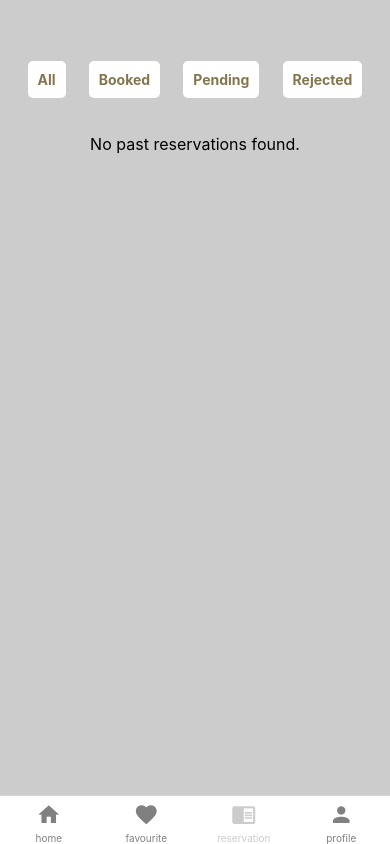
Repository: TemoshoS/restaurant-app
Screen: /reservation
An editor plug-in stored every save of this project. The screen is shown before and after the next save, followed by the edit.
The page's requests for data from a server got no answer. The app was drawn by React Native's web renderer in a window 390 px wide. The project was rebuilt for these pictures with package versions that can differ from the ones it lists, and the page was loaded fresh each time. No one was signed in, and anything a server would have sent is missing. Also part of the build but not shown: Screens/LoginScreen.js, Screens/RegisterScreen.js, components/navbar.js, components/search.js, Screens/RestaurantScreen.js, Screens/RestaurantDetailsScreen.js, Screens/MenuScreen.js, Screens/ReservationScreen.js and 5 more.

Above is the screen before, as saved 2024-01-04 12:03:49.

### App.js
// Import necessary components and modules
import React, { useEffect, useState } from 'react';
import { StyleSheet } from 'react-native';
import { NavigationContainer } from '@react-navigation/native';
import { createStackNavigator } from '@react-navigation/stack';
import { createBottomTabNavigator } from '@react-navigation/bottom-tabs';
import LoginScreen from './Screens/LoginScreen';
import HomeScreen from './Screens/HomeScreen';
import RegisterScreen from './Screens/RegisterScreen';
import RestaurantScreen from './Screens/RestaurantScreen';
import RestaurantDetailsScreen from './Screens/RestaurantDetailsScreen';
import MenuScreen from './Screens/MenuScreen';
import ReservationScreen from './Screens/ReservationScreen';
import PastReserevationScreen from './Screens/PastReserevationScreen';
import ProfileScreen from './Screens/ProfileScreen';
import store from './store/store';
import { Provider } from 'react-redux';
import MaterialCommunityIcons from 'react-native-vector-icons/MaterialCommunityIcons';
import FavoriteRestaurantScreen from './Screens/FavoriteRestaurantScreen';
import ForgotPasswordScreen from './Screens/ForgotPasswordScreen'
import Dashboard from './Screens/Dashboard';
import EditProfileScreen from './Screens/editProfileScreen';
import { auth } from './config/firebase';

const Stack = createStackNavigator();
const Tab = createBottomTabNavigator();

export default function App() {
  const [isAdmin, setIsAdmin] = useState(false);

  useEffect(() => {
    const checkAdminStatus = async () => {
      const user = auth.currentUser;
      const isAdminUser = user ? user.email === 'temosho@admin.co' : false;
      setIsAdmin(isAdminUser);
      console.log('isAdmin:', isAdminUser);
    };

    checkAdminStatus();
  }, []);

  function MainStack() {
    return (
      <Stack.Navigator initialRouteName='Welcome'>
        <Stack.Screen name="Restaurants" component={RestaurantScreen} options={{ headerShown: false }} />
        <Stack.Screen name='Welcome' component={HomeScreen} options={{ headerShown: false }} />
        <Stack.Screen name='editProfile' component={EditProfileScreen} options={{ headerShown: true }} />
        <Stack.Screen name='Login' component={LoginScreen} options={{ headerShown: false }} />
        <Stack.Screen name='Register' component={RegisterScreen} options={{ headerShown: false }} />
        <Stack.Screen name='Restaurant info' component={RestaurantDetailsScreen} options={{
          headerShown: true,
          headerStyle: {
            backgroundColor: '#fff',
          },
          headerTitle: 'Back',
          headerTitleStyle: {
            color: '#ccc',
            fontWeight: 'bold',
            fontSize: 18,
          },
          headerTintColor: '#F3EEEA',
          headerBackTitleVisible: false,
          headerBackImage: () => (
            <MaterialCommunityIcons name="arrow-left" size={24} color="#ccc" />
          ),
        }}  />
        <Stack.Screen name='Menu' component={MenuScreen} options={{
          headerShown: false,
          headerStyle: {
            backgroundColor: '#fff',
          },
          headerTitle: 'Back',
          headerTitleStyle: {
            color: '#ccc',
            fontWeight: 'bold',
            fontSize: 18,
          },
          headerTintColor: '#ccc',
          headerBackTitleVisible: false,
          headerBackImage: () => (
            <MaterialCommunityIcons name="arrow-left" size={24} color="#F3EEEA" />
          ),
        }} />
        {!isAdmin && (
          <Stack.Screen name='ReservationScreen' component={ReservationScreen} options={{
            headerShown: false,
            headerStyle: {
              backgroundColor: '#fff',
            },
            headerTitle: 'Back',
            headerTitleStyle: {
              color: '#ccc',
              fontWeight: 'bold',
              fontSize: 18,
            },
            headerTintColor: '#ccc',
            headerBackTitleVisible: false,
            headerBackImage: () => (
              <MaterialCommunityIcons name="arrow-left" size={24} color="ccc" />
            ),
          }}/>
        )}
        <Stack.Screen name='profile' component={ProfileScreen} options={{ headerShown: false }} />
        <Stack.Screen name='dashboard' component={Dashboard} options={{ headerShown: false }} />
        <Stack.Screen name='login' component={ForgotPasswordScreen} options={{ headerShown: true}} />
      </Stack.Navigator>
    );
  }

  function TabNavigator() {


    return (
      <Tab.Navigator
        tabBarOptions={{
          activeTintColor: '#ccc',
          inactiveTintColor: 'gray',
        }}
      >
        <Tab.Screen
          name="home"
          component={MainStack}
          options={{
            headerShown: false,
            tabBarIcon: ({ color, size }) => (
              <MaterialCommunityIcons name="home" color={color} size={size} />
            ),
          }}
        />
        {!isAdmin && (
          <Tab.Screen
            name="favourite"
            component={FavoriteRestaurantScreen}
            options={{
              headerShown: false,
              tabBarIcon: ({ color, size }) => (
                <MaterialCommunityIcons name="heart" color={color} size={size} />
              ),
            }}
          />
        )}
        {!isAdmin && (
          <Tab.Screen
            name="reservation"
            component={PastReserevationScreen}
            options={{
              headerShown: false,
              tabBarIcon: ({ color, size }) => (
                <MaterialCommunityIcons name="book-open" color={color} size={size} />
              ),
            }}
          />
        )}
        <Tab.Screen
          name="profile"
          component={ProfileScreen}
          options={{
            headerShown: false,
            tabBarIcon: ({ color, size }) => (
              <MaterialCommunityIcons name="account" color={color} size={size} />
            ),
          }}
        />
      </Tab.Navigator>
    );
  }

  return (
    <Provider store={store}>
      <NavigationContainer>
        <TabNavigator />
      </NavigationContainer>
    </Provider>
  );
}

const styles = StyleSheet.create({
  container: {
    flex: 1,
    backgroundColor: 'black',
    alignItems: 'center',
    justifyContent: 'center',
  },
});

### Screens/HomeScreen.js
import { StyleSheet, Text, View, Image, TouchableOpacity } from 'react-native'
import { useState, useEffect } from 'react';
import { FontAwesome } from '@expo/vector-icons';
import { getAuth, onAuthStateChanged } from 'firebase/auth';
import { useNavigation } from '@react-navigation/native';


const HomeScreen = () => {
    const [user, setUser] = useState(null);
    const navigation = useNavigation();

    useEffect(() => {
        const auth = getAuth();


        const unsubscribe = onAuthStateChanged(auth, (authUser) => {
          if (authUser) {
            setUser(authUser);
          } else {
            setUser(null);
          }
        });

        return () => unsubscribe();
      }, []);




  return (
      <View style={styles.container}>

          <View >
              <FontAwesome style={styles.circle} name="circle" size={140} color="#D9D9D9" />
          </View>

          <Image
              source={require('../assets/cartoon-1299636_1920.png')}
              style={{ width: 200, height: 265.56 }}
          />


          <Text style={styles.welcomeTxt}>Welcome!</Text>
          <Text style={styles.dineTxt}>Dine with your friends</Text>


          <View>
              <TouchableOpacity
                  style={styles.getButton}
                  onPress={() => {
                      if (user) {
                          navigation.navigate('Restaurants')
                      } else {
                          navigation.navigate('Login')
                      }
                  }}
              >
                  <Text style={styles.getTxt}>Get started</Text>

              </TouchableOpacity>
          </View>

      </View>
  )
}

export default HomeScreen

const styles = StyleSheet.create({
    container:{
        flex:1,

        height: 932,
        justifyContent: 'center',
        alignItems:'center',
        backgroundColor: '#fff',
    },
    circle:{
        marginLeft: 370,
        marginTop: -160,

    },
    welcomeTxt:{
        fontSize: 64,
        fontFamily: 'italiana',
        marginTop: 100,
        color: 'gray',

    },
    dineTxt:{
        fontSize: 20,
        fontFamily: 'Nothing You Could Do',
        marginBottom: 150,
        color: '#ccc',

    },
    getButton:{
        alignItems: 'center',
        justifyContent: 'center',
        backgroundColor: '#ccc',
        width: 250,
        height: 60,
        borderRadius: 30
    },
    getTxt:{
        color: '#fff',
        fontSize: 20,
        fontWeight:'bold'
    }
})

### Screens/PastReserevationScreen.js
import React, { useEffect, useState } from 'react';
import { connect } from 'react-redux';
import { fetchPastReservations } from '../actions/reserveAction';
import { StyleSheet, Text, View, ScrollView, TouchableOpacity } from 'react-native';
import { Table, Row } from 'react-native-table-component';
import { getAuth, onAuthStateChanged } from 'firebase/auth';

const PastReservationScreen = ({ pastReservations, fetchPastReservations }) => {
  const [currentUserId, setCurrentUserId] = useState(null);
  const [filterStatus, setFilterStatus] = useState(null);

  useEffect(() => {
    const auth = getAuth();
    const unsubscribe = onAuthStateChanged(auth, (user) => {
      if (user) {
        setCurrentUserId(user.uid);
        fetchPastReservations(user.uid);
      } else {
        setCurrentUserId(null);
      }
    });

    return () => unsubscribe();
  }, [fetchPastReservations]);

  const getStatusColor = (status) => {
    switch (status) {
      case 'booked':
        return 'green';
      case 'canceled':
        return 'red';
        case 'pending':
          return 'yellow';
          case 'rejected':
        return 'red';
      default:
        return '#E7E6E1';
    }
  };

  const handleFilter = (status) => {
    setFilterStatus(status);
  };

  const filteredReservations = filterStatus
    ? pastReservations.filter((reservation) => reservation.status === filterStatus)
    : pastReservations;

  return (
    <ScrollView style={styles.container}>
      <Text style={styles.title}>My Orders</Text>
    <View style={styles.filterButtonsContainer}>
      <TouchableOpacity
        style={styles.filterButton}
        onPress={() => handleFilter(null)}
      >
        <Text style={styles.filterButtonText}>All</Text>
      </TouchableOpacity>
      <TouchableOpacity
        style={styles.filterButton}
        onPress={() => handleFilter('booked')}
      >
        <Text style={styles.filterButtonText}>Booked</Text>
      </TouchableOpacity>
      <TouchableOpacity
        style={styles.filterButton}
        onPress={() => handleFilter('pending')}
      >
        <Text style={styles.filterButtonText}>Pending</Text>
      </TouchableOpacity>
      <TouchableOpacity
        style={styles.filterButton}
        onPress={() => handleFilter('rejected')}
      >
        <Text style={styles.filterButtonText}>Rejected</Text>
      </TouchableOpacity>
    </View>


    {filteredReservations.length > 0 ? (
      <View style={styles.tableContainer}>
        <Table borderStyle={{ borderWidth: 1, borderColor: '#C1C0B9' }}>
          {filteredReservations.map((reservation, index) => (
            <View key={index} style={styles.reservationCard}>
            <View style={styles.cardHeader}>
              <Text style={styles.reservationDate}>
                {reservation.dateTime}
                {/* {new Date(reservation.selectedDate.seconds * 1000).toLocaleDateString()} */}
              </Text>
              <Text style={styles.restaurantName}>{reservation.restName}</Text>
            </View>

            <Row
              data={['Location:', reservation.restLocation]}
              style={styles.tableRow}
              textStyle={styles.info}
            />
            <Row
              data={['Full Name:', reservation.fullName]}
              style={styles.tableRow}
              textStyle={styles.info}
            />
            <Row
              data={['Phone Number:', reservation.phone]}
              style={styles.tableRow}
              textStyle={styles.info}
            />
            <Row
              data={['Occasion:', reservation.occasion]}
              style={styles.tableRow}
              textStyle={styles.info}
            />
            <Row
              data={['Number of Guests:', reservation.numOfGuests]}
              style={styles.tableRow}
              textStyle={styles.info}
            />
            <Row
              data={['Status:', reservation.status]}
              style={[styles.tableRow, { backgroundColor: getStatusColor(reservation.status) }]}
              textStyle={styles.info}
            />
            {reservation.status === 'rejected' && (
              <Row
                data={['Reason:', reservation.reason]}
                style={styles.tableRow}
                textStyle={styles.info}
              />
            )}
          </View>
        ))}
      </Table>
    </View>
  ) : (
    <Text style={styles.emptyMessage}>No past reservations found.</Text>
  )}
</ScrollView>

  );
};

const mapStateToProps = (state) => ({
  pastReservations: state.reservation.pastReservations,
});

export default connect(mapStateToProps, { fetchPastReservations })(PastReservationScreen);

const styles = StyleSheet.create({
  container: {
    flex: 1,
    padding: 16,
    backgroundColor: '#ccc',
  },
  filterButtonsContainer: {
    flexDirection: 'row',
    justifyContent: 'space-around',
    marginBottom: 16,
  },
  filterButton: {
    padding: 10,
    backgroundColor: '#fff',
    borderRadius: 5,
  },
  filterButtonText: {
    fontWeight: 'bold',
    color: '#83764F',
  },
  tableContainer: {
    marginTop: 16,
  },
  title: {
    fontSize: 24,
    fontWeight: 'bold',
    marginBottom: 16,
    color: '#ccc',
  },
  reservationCard: {
    backgroundColor: '#F3EEEA',
    borderRadius: 8,
    padding: 16,
    marginBottom: 16,
    shadowColor: '#000',
    shadowOffset: { width: 0, height: 2 },
    shadowOpacity: 0.2,
    shadowRadius: 4,
    elevation: 5,
  },
  cardHeader: {
    flexDirection: 'row',
    justifyContent: 'space-between',
    marginBottom: 12,

  },
  reservationDate: {
    fontSize: 18,
    color: '#83764F',
    fontWeight: 'bold',
  },
  restaurantName: {
    fontSize: 18,
    color: '#83764F',
    fontWeight: 'bold',
  },
  tableRow: {
    height: 40,
    backgroundColor: '#E7E6E1',
  },
  info: {
    fontSize: 16,
    textAlign: 'center',
  },
  emptyMessage: {
    fontSize: 16,
    textAlign: 'center',
    marginTop: 20,
  },
});

### store/store.js
import { createStore, applyMiddleware, combineReducers } from 'redux';
import thunk from 'redux-thunk';
import restaurantsReducer from '../reducers/restaurantsReducer';
import reserveReducer from '../reducers/reserveReducer';
import authReducer from '../reducers/authReducer';
import favoriteRestaurantsReducer from '../reducers/favoriteRestaurantsReducer';


const rootReducer = combineReducers({
  restaurants: restaurantsReducer,
  reservation: reserveReducer,
  auth: authReducer,
  favoriteRestaurants: favoriteRestaurantsReducer,

});

const store = createStore(rootReducer, applyMiddleware(thunk));

export default store;

### config/firebase.js
// Import the functions you need from the SDKs you need
import { initializeApp } from "firebase/app";
import { getAnalytics } from "firebase/analytics";

import {getAuth} from 'firebase/auth';
import {getFirestore} from 'firebase/firestore'
// TODO: Add SDKs for Firebase products that you want to use
// https://firebase.google.com/docs/web/setup#available-libraries

// Your web app's Firebase configuration
// For Firebase JS SDK v7.20.0 and later, measurementId is optional
const firebaseConfig = {
  apiKey: "AIzaSyDa4_cUmrR60k82VypxJ_US-F7FEiItCL4",
  authDomain: "restaurant-app-da7bc.firebaseapp.com",
  projectId: "restaurant-app-da7bc",
  storageBucket: "restaurant-app-da7bc.appspot.com",
  messagingSenderId: "598136487640",
  appId: "1:598136487640:web:f77577fdc1710db8c1a1ad",
  measurementId: "G-6D4DHL06Z0"
};

// Initialize Firebase
const app = initializeApp(firebaseConfig);
const analytics = getAnalytics(app);

const auth = getAuth(app)
const db = getFirestore(app)
export {auth, db}

### actions/authActions.js
import { sendPasswordResetEmail } from 'firebase/auth';
import { auth } from '../config/firebase';
import { getAuth, onAuthStateChanged, signOut } from 'firebase/auth';
export const LOGIN_SUCCESS = 'LOGIN_SUCCESS';
export const REGISTER_SUCCESS = 'REGISTER_SUCCESS';
export const FORGOT_PASSWORD_REQUEST = 'FORGOT_PASSWORD_REQUEST';
export const FORGOT_PASSWORD_SUCCESS = 'FORGOT_PASSWORD_SUCCESS';
export const FORGOT_PASSWORD_FAILURE = 'FORGOT_PASSWORD_FAILURE';
export const LOGOUT = 'LOGOUT';

export const loginSuccess = (user) => ({
  type: LOGIN_SUCCESS,
  payload: user,
});

export const registerSuccess = (user) => ({
  type: REGISTER_SUCCESS,
  payload: user,
});

export const forgotPasswordRequest = () => ({
  type: FORGOT_PASSWORD_REQUEST,
});

export const forgotPasswordSuccess = () => ({
  type: FORGOT_PASSWORD_SUCCESS,
});

export const forgotPasswordFailure = (error) => ({
  type: FORGOT_PASSWORD_FAILURE,
  payload: error,
});

export const forgotPassword = (email) => {
  return async (dispatch) => {
    dispatch(forgotPasswordRequest());

    try {
      await sendPasswordResetEmail(auth, email);
      dispatch(forgotPasswordSuccess());
    } catch (error) {
      dispatch(forgotPasswordFailure(error));
    }
  };
};

export const logout = () => ({
  type: LOGOUT,
});

### actions/restaurant.js
import { db } from "../config/firebase";
import { collection ,getDocs} from "firebase/firestore";

export const FETCH_RESTAURANTS = 'FETCH_RESTAURANTS';

export const fetchRestaurants = () => {
  return async (dispatch) => {
    const restaurantsCollection = collection(db, 'restaurants');
    const snapshot = await getDocs(restaurantsCollection);
    const restaurants = [];
    snapshot.forEach((doc) => {
      restaurants.push(doc.data());
    });
    dispatch({ type: FETCH_RESTAURANTS, payload: restaurants });
  };
};

### actions/reserveAction.js
import { db } from "../config/firebase";
import { collection, addDoc, getDocs, query, where } from "firebase/firestore";

export const RESERVE_SUCCESS = "RESERVE_SUCCESS";
export const RESERVE_FAILURE = "RESERVE_FAILURE";
export const FETCH_ALL_RESERVATIONS = 'FETCH_ALL_RESERVATIONS';
export const FETCH_PAST_RESERVATIONS = 'ETCH_PAST_RESERVATIONS';


export const reserveTable = (reservationData) => {
  return async (dispatch) => {
    try {
      // Save the reservation data to Firestore
      const ordersCollection = collection(db, "Orders");
      const docRef = await addDoc(ordersCollection, reservationData);


      dispatch({ type: RESERVE_SUCCESS, payload: docRef });
    } catch (error) {

      dispatch({ type: RESERVE_FAILURE, payload: error.message });
    }
  };
};

export const fetchPastReservations = (userId) => {
  return async (dispatch) => {
    try {

      //query to fetch reservations based on the userId
      const reservationsCollection = collection(db, 'Orders');
      const userQuery = query(reservationsCollection, where('userId', '==', userId));

      const snapshot = await getDocs(userQuery);

      const pastReservations = [];
      snapshot.forEach((doc) => {
        pastReservations.push(doc.data());
      });


      dispatch({ type: FETCH_PAST_RESERVATIONS, payload: pastReservations });
    } catch (error) {
      // Handle errors
      console.error('Error fetching past reservations:', error);
    }
  };
}


export const fetchAllReservations = () => {
  return async (dispatch) => {
    try {
      // Query to fetch all reservations
      const reservationsCollection = collection(db, 'Orders');
      const snapshot = await getDocs(reservationsCollection);
      const allReservations = [];

      snapshot.forEach((doc) => {
        allReservations.push(doc.data());
      });

      dispatch({ type: FETCH_ALL_RESERVATIONS, payload: allReservations });
    } catch (error) {
      console.error('Error fetching all reservations:', error);
    }
  };
};

### reducers/restaurantsReducer.js
import { FETCH_RESTAURANTS } from "../actions/restaurant";


const initialState = {
    restaurants: [],
};

const restaurantsReducer = (state = initialState, action) =>{

    switch (action.type) {
        case FETCH_RESTAURANTS:
          return { ...state, restaurants: action.payload };
        default:
          return state;
      }


};

export default restaurantsReducer;

### reducers/reserveReducer.js
import { RESERVE_SUCCESS, RESERVE_FAILURE, FETCH_PAST_RESERVATIONS,FETCH_ALL_RESERVATIONS } from "../actions/reserveAction";

const initialState = {
  reservationSuccess: null,
  reservationError: null,
  pastReservations: [],
  allReservations: [],
  loading: false,
};

const reserveReducer = (state = initialState, action) => {
  switch (action.type) {
    case RESERVE_SUCCESS:
      return { ...state, reservationSuccess: action.payload, reservationError: null };
    case RESERVE_FAILURE:
      return { ...state, reservationSuccess: null, reservationError: action.payload };
    case FETCH_PAST_RESERVATIONS:
      return { ...state, pastReservations: action.payload };
      case FETCH_ALL_RESERVATIONS:
        return { ...state, allReservations: action.payload, loading: false };
    default:
      return state;
  }
};

export default reserveReducer;

### reducers/authReducer.js
import {
  LOGIN_SUCCESS,
  REGISTER_SUCCESS,
  LOGOUT ,
  FORGOT_PASSWORD_REQUEST,
  FORGOT_PASSWORD_SUCCESS,
  FORGOT_PASSWORD_FAILURE,} from '../actions/authActions';

const initialState = {
  user: null,
  isAuthenticated: false,
  forgotPasswordLoading: false,
  forgotPasswordSuccess: false,
  forgotPasswordError: null,

};

const authReducer = (state = initialState, action) => {
  switch (action.type) {
    case LOGIN_SUCCESS:
    case REGISTER_SUCCESS:
      return {
        ...state,
        user: action.payload,
        isAuthenticated: true,
      };
      case FORGOT_PASSWORD_REQUEST:
        return {
          ...state,
          forgotPasswordLoading: true,
          forgotPasswordSuccess: false,
          forgotPasswordError: null,
        };
      case FORGOT_PASSWORD_SUCCESS:
        return {
          ...state,
          forgotPasswordLoading: false,
          forgotPasswordSuccess: true,
          forgotPasswordError: null,
        };
      case FORGOT_PASSWORD_FAILURE:
      return {
        ...state,
        forgotPasswordLoading: false,
        forgotPasswordSuccess: false,
        forgotPasswordError: action.payload,
      };
    case LOGOUT:
      return {
        ...state,
        user: null,
        isAuthenticated: false,
      };
    default:
      return state;
  }
};

export default authReducer;

### reducers/favoriteRestaurantsReducer.js
import { FETCH_FAV_RESTAURANTS } from "../actions/favoriteRestaurantActions";


const initialState = {
    favRestaurants: [],
};

const favRestaurantsReducer = (state = initialState, action) =>{

    switch (action.type) {
        case FETCH_FAV_RESTAURANTS:
          return { ...state, favRestaurants: action.payload };
        default:
          return state;
      }


};

export default favRestaurantsReducer;

### actions/favoriteRestaurantActions.js
import { db } from "../config/firebase";
import { collection ,getDocs} from "firebase/firestore";

export const FETCH_FAV_RESTAURANTS = 'FETCH_FAV_RESTAURANTS';

export const fetchFavouriteRestaurants = () => {
  return async (dispatch) => {
    const restaurantsCollection = collection(db, 'favouriteRestaurants');
    const snapshot = await getDocs(restaurantsCollection);
    const favRestaurants = [];
    snapshot.forEach((doc) => {
      favRestaurants.push(doc.data());
    });
    dispatch({ type: FETCH_FAV_RESTAURANTS, payload: favRestaurants });
  };
};

After the next save:
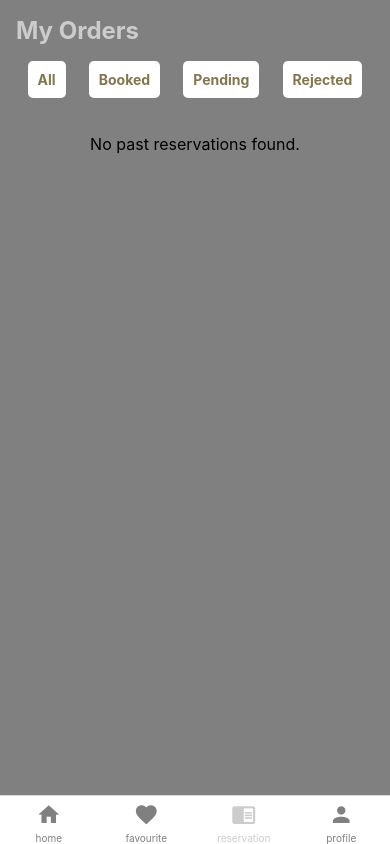
Saved 36 s later.
--- a/Screens/PastReserevationScreen.js
+++ b/Screens/PastReserevationScreen.js
@@ -149,7 +149,7 @@ const styles = StyleSheet.create({
   container: {
     flex: 1,
     padding: 16,
-    backgroundColor: '#ccc',
+    backgroundColor: 'gray',
   },
   filterButtonsContainer: {
     flexDirection: 'row',
